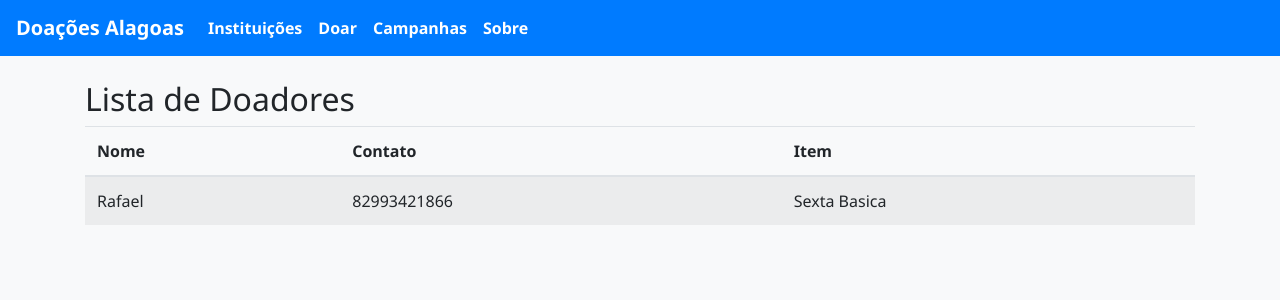
Repository: rafaelcrb/mvp-doacoes-alagoas
Page: http://localhost/doadores
These files come from the project's save history. The page is drawn as it stood at one moment and after the next save; the edit follows.
The browser window is 1280 px wide. The pictures show the whole page.
The page is served by the project's application, run on Flask 3 (app.py). The page reads the database file committed with the project.

Above is the page before, as saved 2025-05-27 07:38:39.

After the next save:
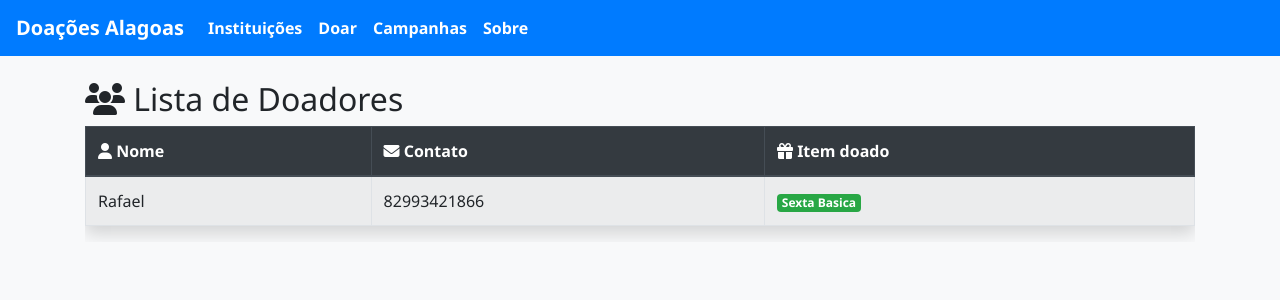
Saved 43 s later.
--- a/templates/doadores.html
+++ b/templates/doadores.html
@@ -1,23 +1,28 @@
 {% extends 'base.html' %}
 
 {% block content %}
-<h2>Lista de Doadores</h2>
-<table class="table table-striped">
-  <thead>
-    <tr>
-      <th>Nome</th>
-      <th>Contato</th>
-      <th>Item</th>
-    </tr>
-  </thead>
-  <tbody>
-    {% for d in doadores %}
-    <tr>
-      <td>{{ d[1] }}</td>
-      <td>{{ d[2] }}</td>
-      <td>{{ d[3] }}</td>
-    </tr>
-    {% endfor %}
-  </tbody>
-</table>
+<h2><i class="fas fa-users"></i> Lista de Doadores</h2>
+
+<div class="table-responsive">
+  <table class="table table-striped table-bordered shadow">
+    <thead class="thead-dark">
+      <tr>
+        <th><i class="fas fa-user"></i> Nome</th>
+        <th><i class="fas fa-envelope"></i> Contato</th>
+        <th><i class="fas fa-gift"></i> Item doado</th>
+      </tr>
+    </thead>
+    <tbody>
+      {% for d in doadores %}
+      <tr>
+        <td>{{ d[1] }}</td>
+        <td>{{ d[2] }}</td>
+        <td>
+          <span class="badge badge-success">{{ d[3] }}</span>
+        </td>
+      </tr>
+      {% endfor %}
+    </tbody>
+  </table>
+</div>
 {% endblock %}
